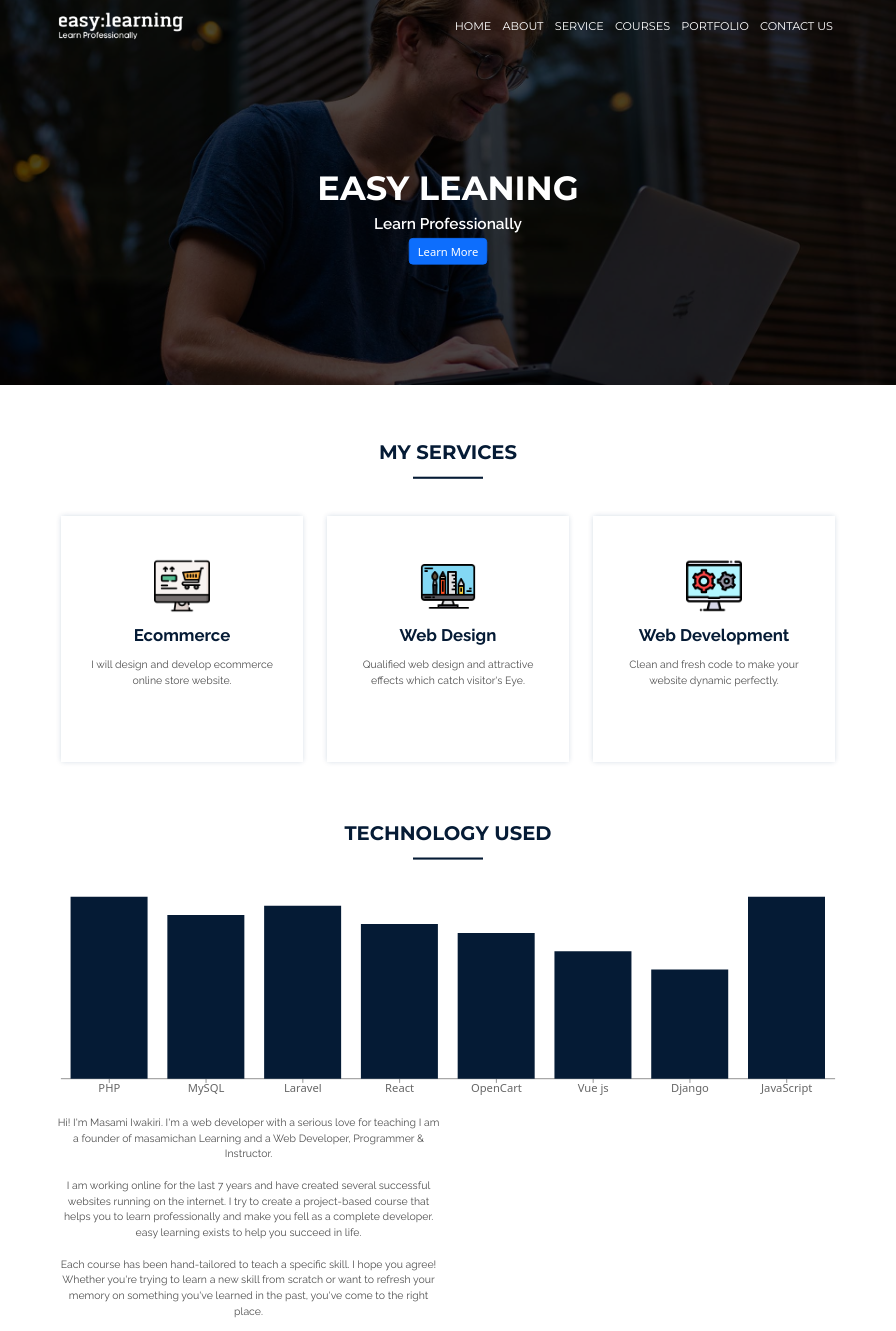
Repository: masamichan/free_video_app
Page: /
These files come from the project's save history. The page is drawn as it stood at one moment and after the next save; the edit follows.
The browser window is 1280 px wide. The pictures show the whole page, at 70% of full size.
Backgrounds fixed to the window are drawn as part of the page. The project was rebuilt for these pictures with package versions that can differ from the ones it lists, and the page was loaded fresh each time.

Above is the page before, as saved 2023-01-29 10:29:23.

### public/index.html
<!DOCTYPE html>
<html lang="en">
  <head>
    <meta charset="utf-8" />
    <link rel="icon" href="%PUBLIC_URL%/icon.png" />
    <meta name="viewport" content="width=device-width, initial-scale=1" />
    <meta name="theme-color" content="#000000" />
    <meta
      name="description"
      content="Web site created using create-react-app"
    />

    <link rel="manifest" href="%PUBLIC_URL%/manifest.json" />

    <link rel="preconnect" href="https://fonts.googleapis.com">
    <link rel="preconnect" href="https://fonts.gstatic.com" crossorigin>
    <link
      href="https://fonts.googleapis.com/css2?family=Montserrat:wght@400;700;800&family=Raleway:wght@300;400;600;700&display=swap"
      rel="stylesheet">

    <title>Easy Leaning</title>
  </head>
  <body>
    <noscript>You need to enable JavaScript to run this app.</noscript>
    <div style="width: 100%;" id="root"></div>

  </body>
</html>

### src/App.js
import React from "react";
import Analysis from "./components/Analysis/Analysis";
import Services from "./components/Services/Services";
import { TopBanner } from "./components/TopBanner/TopBanner";
import TopNavigation from "./components/TopNavigation/TopNavigation";

function App() {
  return (
    <div>
      <TopNavigation />
      <TopBanner />
      <Services />
      <Analysis />
    </div>
  );
}

export default App;

### src/components/Analysis/Analysis.jsx
import React, { Component, Fragment } from "react";
import { Col, Container, Row } from "react-bootstrap";
import { Bar, BarChart, ResponsiveContainer, Tooltip, XAxis } from "recharts";

export class Analysis extends Component {
  constructor() {
    super();
    this.state = {
      data: [
        { Technology: "PHP", Projects: 100 },
        { Technology: "MySQL", Projects: 90 },
        { Technology: "Laravel", Projects: 95 },
        { Technology: "React", Projects: 85 },
        { Technology: "OpenCart", Projects: 80 },
        { Technology: "Vue js", Projects: 70 },
        { Technology: "Django", Projects: 60 },
        { Technology: "JavaScript", Projects: 100 },
      ],
    };
  }

  render() {
    var blue = "#051b35";
    return (
      <Fragment>
        <Container className="text-center">
          <h1 className="serviceMainTitle">TECHNOLOGY USED</h1>
          <div className="bottom"></div>
          <Row>
            <Col
              style={{ width: "100%", height: "300px" }}
              lg={6}
              md={12}
              sm={12}
            >
              <ResponsiveContainer>
                <BarChart width={100} height={300} data={this.state.data}>
                  <XAxis dataKey="Technology" />
                  <Tooltip />
                  <Bar dataKey="Projects" fill={blue}></Bar>
                </BarChart>
              </ResponsiveContainer>
            </Col>
            <Col lg={6} md={12} sm={12}>
              <p className="text-justify serviceDescription">
                Hi! I'm Masami Iwakiri. I'm a web developer with a serious love
                for teaching I am a founder of masamichan Learning and a Web
                Developer, Programmer & Instructor.<br></br>
                <br></br>I am working online for the last 7 years and have
                created several successful websites running on the internet. I
                try to create a project-based course that helps you to learn
                professionally and make you fell as a complete developer. easy
                learning exists to help you succeed in life.<br></br>
                <br></br>
                Each course has been hand-tailored to teach a specific skill. I
                hope you agree! Whether you're trying to learn a new skill from
                scratch or want to refresh your memory on something you've
                learned in the past, you've come to the right place.
              </p>
            </Col>
          </Row>
        </Container>
      </Fragment>
    );
  }
}

export default Analysis;

### src/components/Services/Services.jsx
import React, { Component, Fragment } from "react";
import { Col, Container, Row } from "react-bootstrap";
import designIcon from "../../asset/image/design.png";
import ecommerceIcon from "../../asset/image/ecommerce.png";
import webIcon from "../../asset/image/web.png";

export class Services extends Component {
  render() {
    return (
      <Fragment>
        <Container className="text-center">
          <h1 className="serviceMainTitle">MY SERVICES</h1>
          <div className="bottom"></div>
          <Row>
            <Col lg={4} md={6} sm={12}>
              <div className="serviceCard text-center">
                <img className="ecommerceIcon" src={ecommerceIcon} />
                <h2 className="serviceName">Ecommerce</h2>
                <p className="serviceDescription">
                  I will design and develop ecommerce online store website.
                </p>
              </div>
            </Col>
            <Col lg={4} md={6} sm={12}>
              <div className="serviceCard text-center">
                <img className="designIcon" src={designIcon} />
                <h2 className="serviceName">Web Design</h2>
                <p className="serviceDescription">
                  Qualified web design and attractive effects which catch
                  visitor's Eye.
                </p>
              </div>
            </Col>
            <Col lg={4} md={6} sm={12}>
              <div className="serviceCard text-center">
                <img className="webIcon" src={webIcon} />
                <h2 className="serviceName">Web Development</h2>
                <p className="serviceDescription">
                  Clean and fresh code to make your website dynamic perfectly.
                </p>
              </div>
            </Col>
          </Row>
        </Container>
      </Fragment>
    );
  }
}

export default Services;

### src/components/TopBanner/TopBanner.jsx
import React, { Component, Fragment } from "react";
import { Button, Col, Container, Row } from "react-bootstrap";

export class TopBanner extends Component {
  render() {
    return (
      <Fragment>
        <Container fluid={true} className="topFixedBanner p-0">
          <div className="topBannerOverlay">
            <Container className="topContent">
              <Row>
                <Col className="text-center">
                  <h1 className="topTitle">EASY LEANING</h1>
                  <h4 className="topSubTitle">Learn Professionally</h4>
                  <Button variant="primary">Learn More</Button>
                </Col>
              </Row>
            </Container>
          </div>
        </Container>
      </Fragment>
    );
  }
}

export default TopBanner;

### src/components/TopNavigation/TopNavigation.jsx
import React, { Component, Fragment } from "react";
import { Nav, Navbar, NavDropdown } from "react-bootstrap";
import { Container } from "react-bootstrap";
import whiteLogo from "../../asset/image/logo_white.png";
import blackLogo from "../../asset/image/logo_black.png";
import "../../asset/css/custom.css";
import "../../asset/css/bootstrap.css";

export class TopNavigation extends Component {
  constructor() {
    super();
    this.state = {
      navBarTitle: "navTitle",
      navBarLogo: [whiteLogo],
      navBarBack: "navBackground",
      navBarItem: "navItem",
    };
  }

  onScroll = () => {
    if (window.scrollY > 100) {
      this.setState({
        navBarTitle: "navTitleScroll",
        navBarLogo: [blackLogo],
        navBarBack: "navBackgroundScroll",
        navBarItem: "navItemScroll",
      });
    } else if (window.scrollY < 100) {
      this.setState({
        navBarTitle: "navTitle",
        navBarLogo: [whiteLogo],
        navBarBack: "navBackground",
        navBarItem: "navItem",
      });
    }
  };

  componentDidMount() {
    window.addEventListener("scroll", this.onScroll);
  }

  render() {
    return (
      <Fragment>
        <Navbar
          className={this.state.navBarBack}
          collapseOnSelect
          fixed="top"
          expand="lg"
          variant="dark"
        >
          <Container>
            <Navbar.Brand className={this.state.navBarTitle} href="#home">
              <img src={this.state.navBarLogo} />
            </Navbar.Brand>
            <Navbar.Toggle aria-controls="responsive-navbar-nav" />
            <Navbar.Collapse id="responsive-navbar-nav">
              <Nav className="me-auto"></Nav>
              <Nav>
                <Nav.Link className={this.state.navBarItem} href="#deets">
                  HOME
                </Nav.Link>
                <Nav.Link className={this.state.navBarItem} href="#deets">
                  ABOUT
                </Nav.Link>
                <Nav.Link className={this.state.navBarItem} href="#deets">
                  SERVICE
                </Nav.Link>
                <Nav.Link className={this.state.navBarItem} href="#deets">
                  COURSES
                </Nav.Link>
                <Nav.Link className={this.state.navBarItem} href="#deets">
                  PORTFOLIO
                </Nav.Link>
                <Nav.Link className={this.state.navBarItem} href="#deets">
                  CONTACT US
                </Nav.Link>
              </Nav>
            </Navbar.Collapse>
          </Container>
        </Navbar>
      </Fragment>
    );
  }
}

export default TopNavigation;

### src/asset/css/custom.css
.topFixedBanner {
  background-image: url("../image/banner.jpg");
  min-height: 550px;
  background-attachment: fixed;
  background-position: center;
  background-repeat: no-repeat;
  background-size: cover;
}
.topBannerOverlay {
  position: absolute;
  min-height: 550px;
  width: 100%;
  background: rgb(0, 0, 0, 0.7);
}

.topContent {
  margin-top: 15em;
}

.topTitle {
  font-family: "Montserrat", sans-serif;
  font-weight: 700;
  color: #ffffff;
  font-size: 48px;
}

.topSubTitle {
  font-family: "Raleway", san-serif;
  font-weight: 600;
  color: #ffffff;
  font-size: 22px;
}

.ecommerceIcon {
  height: 80px;
  width: 80px;
}

.designIcon {
  height: 80px;
  width: 80px;
}

.webIcon {
  height: 80px;
  width: 80px;
}

.serviceCard {
  margin: 5px 5px 5px 5px;
  height: 22rem;
  padding: 60px 30px 60px 30px;
  box-shadow: 0 0 8px 0 rgb(4, 55, 105, 0.2);
}

.serviceCard:hover {
  margin: 5px 5px 5px 5px;
  height: 22rem;
  padding: 60px 30px 60px 30px;
  box-shadow: 0 0 16px 0 rgb(4, 55, 105, 0.2);
}

.serviceName {
  color: #051b35;
  margin-top: 1rem;
  font-family: "Raleway", sans-serif;
  font-size: 24px;
  font-weight: 700;
}

.serviceDescription {
  color: #505050;
  margin-top: 1rem;
  font-family: "Raleway", sans-serif;
  font-size: 15px;
  font-weight: 400;
}

.serviceMainTitle {
  color: #051b35;
  margin-top: 5rem;
  margin-bottom: 3rem;
  font-family: "Montserrat", sans-serif;
  font-weight: 700;
  font-size: 28px;
}

.bottom {
  background: #051b35 none repeat scroll 0 0;
  height: 3px;
  width: 100px;
  margin: -1.9rem auto 0;
  margin-bottom: 3rem;
}

.navTitle {
  font-family: "Montserrat", sans-serif;
  color: #ffffff !important;
  font-weight: 700;
  font-size: 30px;
}

.navTitleScroll {
  font-family: "Montserrat", sans-serif;
  color: #051b35 !important;
  font-weight: 700;
  font-size: 30px;
}

.navBackground {
  -webkit-transition: background-color 400ms llinear;
  -moz-transition: background-color 400ms linear;
  -o-transition: background-color 400ms linear;
  transition: background-color 400ms linear;
  background-color: rgb(00, 00, 00, 0) !important;
}

.navBackgroundScroll {
  -webkit-transition: background-color 400ms llinear;
  -moz-transition: background-color 400ms linear;
  -o-transition: background-color 400ms linear;
  transition: background-color 400ms linear;
  background-color: #ffffff;
}

.navItem {
  text-decoration: none !important;
  font-family: "Montserrat", sans-serif;
  color: #ffffff !important;
  font-weight: 700;
  font-size: 16px;
}

.navItemScroll {
  text-decoration: none !important;
  font-family: "Montserrat", sans-serif;
  color: #000000 !important;
  font-weight: 700;
  font-size: 16px;
}

Loaded but not shown: src/index.js (common file); src/asset/css/bootstrap.css (library)

After the next save:
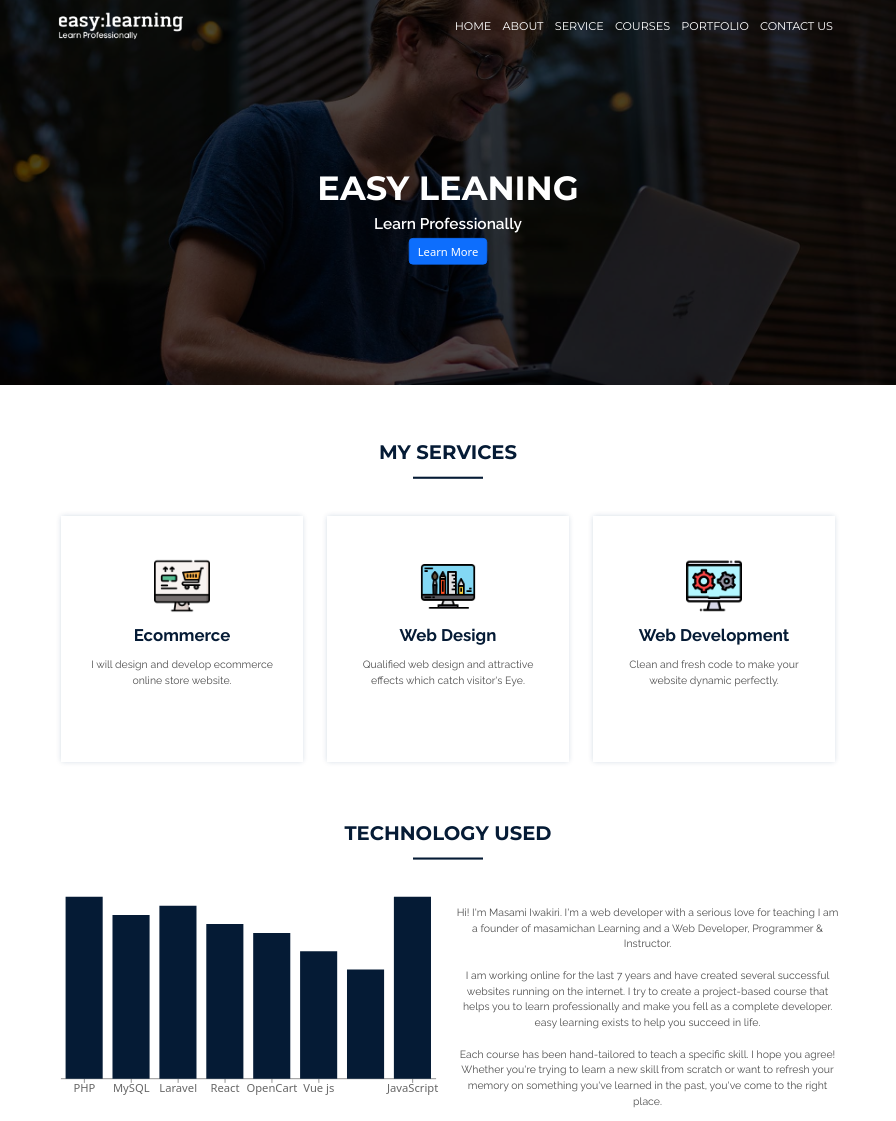
Saved 6 min 2 s later.
--- a/src/components/Analysis/Analysis.jsx
+++ b/src/components/Analysis/Analysis.jsx
@@ -28,7 +28,7 @@
           <div className="bottom"></div>
           <Row>
             <Col
-              style={{ width: "100%", height: "300px" }}
+              style={{ width: "100", height: "300px" }}
               lg={6}
               md={12}
               sm={12}

After the save that followed:
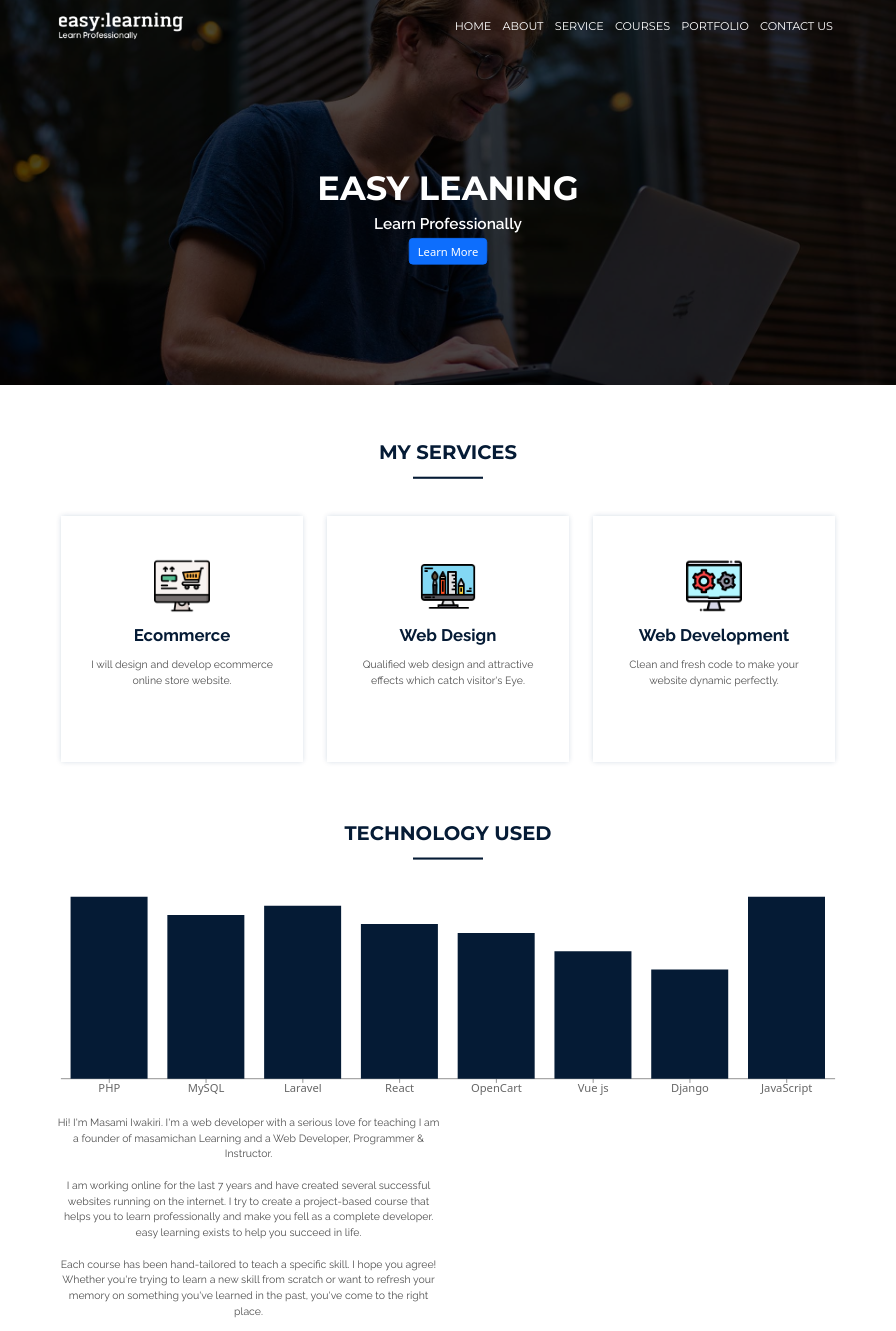
Saved 4 min 9 s later.
--- a/src/components/Analysis/Analysis.jsx
+++ b/src/components/Analysis/Analysis.jsx
@@ -28,7 +28,7 @@
           <div className="bottom"></div>
           <Row>
             <Col
-              style={{ width: "100", height: "300px" }}
+              style={{ width: "100%", height: "300px" }}
               lg={6}
               md={12}
               sm={12}
